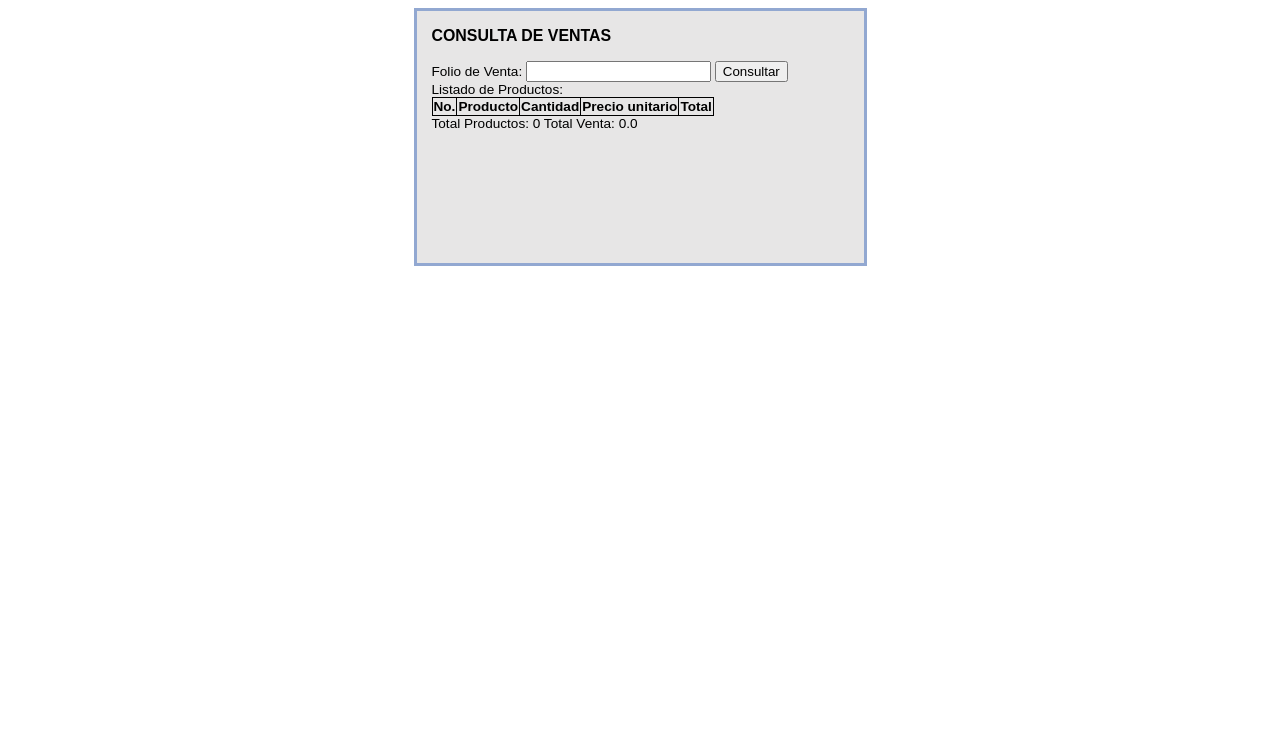
Repository: juanmondragonc/torre-project
Page: http://localhost/torre/sales
An editor plug-in stored every save of this project. The page is shown before and after the next save, followed by the edit.
The browser window is 1280 px wide. The pictures show the whole page.
The page is served by Tomcat 9. The session is filled in as if someone had signed in: {"username": "testuser"}. Other server files are loaded and not shown. Queries for data that is not in the repository find no rows.

Above is the page before, as saved 2022-08-10 20:55:41.

### torre/src/main/webapp/index.jsp
<%@ taglib prefix="c" uri="http://java.sun.com/jsp/jstl/core" %>
<%@ page language="java" contentType="text/html; charset=UTF-8" pageEncoding="UTF-8"%>
<%
	if(session.getAttribute("username")==null){
		response.sendRedirect("login.jsp");
	}
%>

<!DOCTYPE html>
<html>
<head>
	<link rel="stylesheet" href="css/style.css">
</head>
<body>
	<div class="container">
		<div class="section-sale">
			<h3>CONSULTA DE VENTAS</h3>
			<form method="get" action="sales">
				<label>Folio de Venta:</label>
				<input type="text" name="invoice" id="invoice" />
				<input type="submit" value="Consultar"/>
			</form>
			<label>Listado de Productos:</label>
			<table>
			  <tr>
			    <th>No.</th>
			    <th>Producto</th>
			    <th>Cantidad</th>
			    <th>Precio unitario</th>
			    <th>Total</th>
			  </tr>
				<c:forEach var="product" items="${Products}">
					<tr>
						<td>${product.pos}</td>
						<td>${product.product}</td>
						<td>${product.quantity}</td>
						<td>${product.price}</td>
						<td>${product.quantity * product.price}</td>
					</tr>
			  	</c:forEach>
			</table>
			<label>Total Productos: <c:out value="${Items}"/></label>
			<label>Total Venta: <c:out value="${Sale}"/></label>
		</div>
	</div>
</body>
</html>

### torre/src/main/java/com/torre/sales/SalesServlet.java
package com.torre.sales;

import java.io.IOException;
import java.sql.Connection;
import java.sql.DriverManager;
import java.sql.PreparedStatement;
import java.sql.ResultSet;
import java.util.ArrayList;
import java.util.List;

import javax.servlet.ServletException;
import javax.servlet.annotation.WebServlet;
import javax.servlet.http.HttpServlet;
import javax.servlet.http.HttpServletRequest;
import javax.servlet.http.HttpServletResponse;

import com.torre.model.Invoice;

@WebServlet("/sales")
public class SalesServlet extends HttpServlet {
	private static final long serialVersionUID = 1L;

    /**
     * @see HttpServlet#HttpServlet()
     */
    public SalesServlet() {
        super();
        // TODO Auto-generated constructor stub
    }

	/**
	 * @see HttpServlet#doGet(HttpServletRequest request, HttpServletResponse response)
	 */
	protected void doGet(HttpServletRequest request, HttpServletResponse response) throws ServletException, IOException {
		String invoice = request.getParameter("invoice");
		try {
			Class.forName("com.mysql.cj.jdbc.Driver");
			Connection conn = DriverManager.getConnection("jdbc:mysql://localhost:3306/torre_project","root","");
			PreparedStatement query = conn.prepareStatement("SELECT * FROM tb_sales WHERE invoice = ?");
			query.setString(1, invoice);
			ResultSet result = query.executeQuery();
			List<Invoice> list = new ArrayList<>();
			int pos = 1;
			int items = 0;
			float sale = 0;
			while (result.next()) {
				Invoice inv = new Invoice();
				inv.setId(result.getInt(1));
				inv.setPos(pos++);
				inv.setInvoice(result.getInt(2));
				inv.setProduct(result.getString(3));
				inv.setQuantity(result.getInt(4));
				inv.setPrice(result.getFloat(5));
				list.add(inv);
				items = items + result.getInt(4);
				sale = sale + (result.getInt(4) * result.getFloat(5));
			}
			request.setAttribute("Products", list);
			request.setAttribute("Items", items);
			request.setAttribute("Sale", sale);
			request.getRequestDispatcher("index.jsp").forward(request, response);

		}catch (Exception e){
			e.printStackTrace();
		}
	}

	/**
	 * @see HttpServlet#doPost(HttpServletRequest request, HttpServletResponse response)
	 */
	protected void doPost(HttpServletRequest request, HttpServletResponse response) throws ServletException, IOException {
		// TODO Auto-generated method stub
		doGet(request, response);
	}

}

### torre/src/main/webapp/css/style.css
 body {
 	font-family: sans-serif;
 	font-size: 0.85em;
}
 .container {
 	height: 100vh;
 	width: auto;
 	justify-content: center;
 	display: flex;
 }
 table, th, td {
	border: 1px solid black;
	border-collapse: collapse;
}
.form-group {
 	position: relative;
 	margin-bottom: 10px;
	overflow: hidden;
}
.section-login{
	padding-left: 15px;
	width: 40vh;
	height:22vh;
	background-color: #e7e6e6;
	border-style: solid;
  	border-color: #92a8d1;
}
.section-sale{
	padding-left: 15px;
	width: 60vh;
	height:35vh;
	background-color: #e7e6e6;
	border-style: solid;
  	border-color: #92a8d1;
}
.col-25 {
	float: left;
	width: 25%;
}
.col-75 {
	float: left;
	width: 75%;
}
.center{
	align-items:center;
	text-align: center;
}

After the next save:
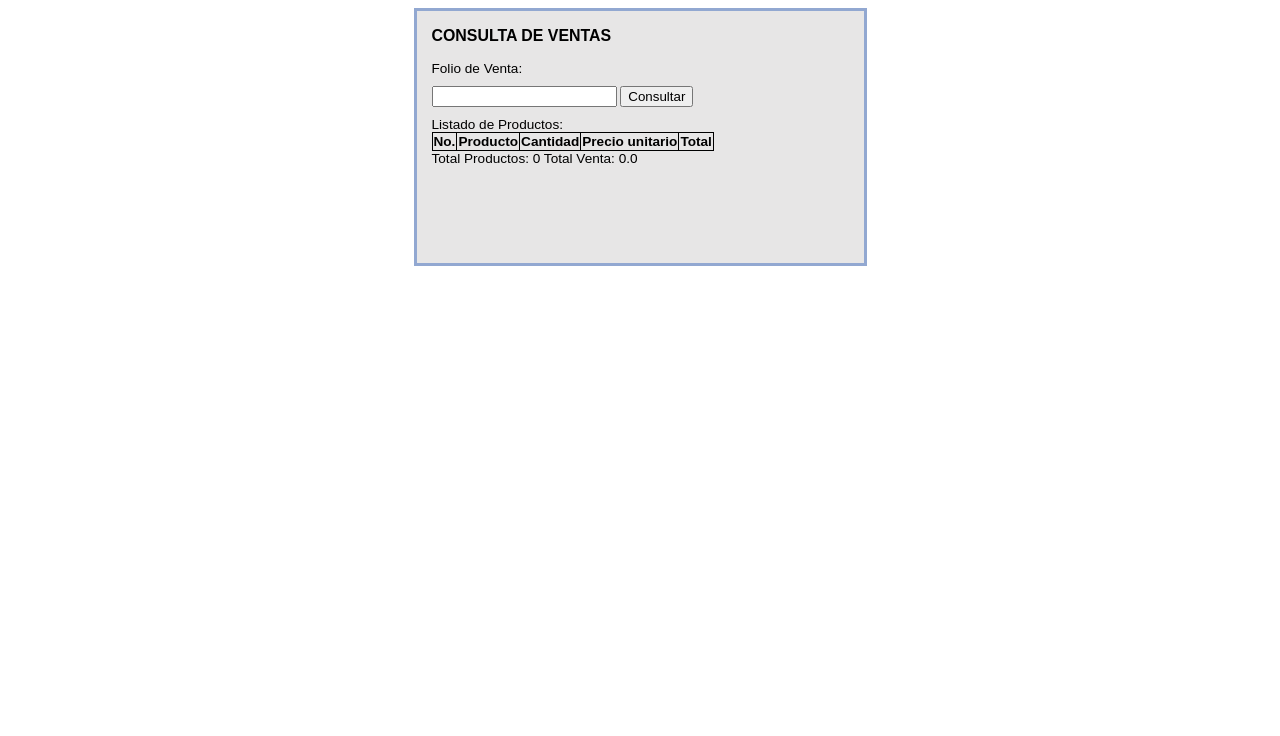
Saved 103 s later.
--- a/torre/src/main/webapp/index.jsp
+++ b/torre/src/main/webapp/index.jsp
@@ -14,11 +14,15 @@
 <body>
 	<div class="container">
 		<div class="section-sale">
+			<form method="get" action="sales">
 			<h3>CONSULTA DE VENTAS</h3>
-			<form method="get" action="sales">
-				<label>Folio de Venta:</label>
-				<input type="text" name="invoice" id="invoice" />
-				<input type="submit" value="Consultar"/>
+				<div class="form-group">
+					<label>Folio de Venta:</label>
+				</div>
+				<div class="form-group">
+					<input type="text" name="invoice" id="invoice" />
+					<input type="submit" value="Consultar"/>
+				</div>
 			</form>
 			<label>Listado de Productos:</label>
 			<table>
